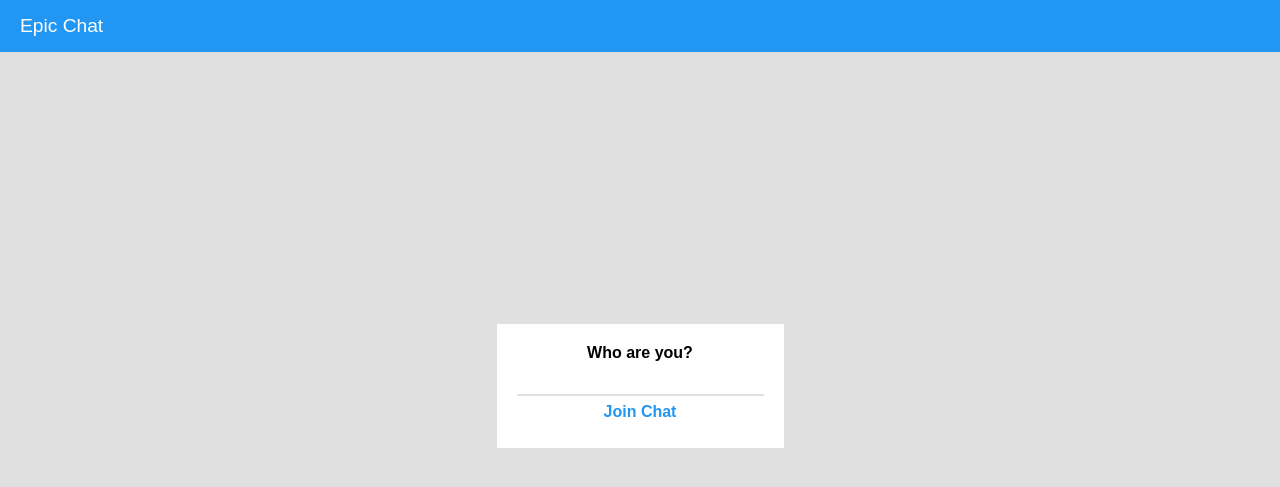
Repository: Saikrishna-jetti/chat
Page: /
An editor plug-in stored every save of this project. The page is shown before and after the next save, followed by the edit.
The browser window is 1280 px wide. The pictures show the whole page.
The page's requests for data from a server got no answer. The project was rebuilt for these pictures with package versions that can differ from the ones it lists, and the page was loaded fresh each time. No one was signed in, and anything a server would have sent is missing. Also part of the build but not shown: angular.json.

Above is the page before, as saved 2019-10-15 11:51:48.

### src/index.html
<!doctype html>
<html lang="en">
<head>
  <meta charset="utf-8">
  <title>EpicChat</title>
  <base href="/">
  <meta name="viewport" content="width=device-width, initial-scale=1">
  <link rel="icon" type="image/x-icon" href="favicon.ico">
</head>
<body>
  <app-root></app-root>
</body>
</html>

### src/styles.css
/* You can add global styles to this file, and also import other style files */
* {
    margin: 0;
    padding: 0;
  }
  body, html {
    width: 100%;
    height: 100%;
    font-family: Arial, Helvetica, sans-serif;
  }

### src/app/app.module.ts
import { BrowserModule } from '@angular/platform-browser';
import { NgModule } from '@angular/core';
import { AppRoutingModule } from './app-routing.module';
import { AppComponent } from './app.component';
import { FormsModule } from '@angular/forms';

@NgModule({
  declarations: [
    AppComponent
  ],
  imports: [
    BrowserModule,
    AppRoutingModule,
    FormsModule
  ],
  providers: [],
  bootstrap: [AppComponent]
})
export class AppModule { }

### src/app/app-routing.module.ts
import { NgModule } from '@angular/core';
import { Routes, RouterModule } from '@angular/router';
const routes: Routes = [];

@NgModule({
  imports: [RouterModule.forRoot(routes)],
  exports: [RouterModule]
})
export class AppRoutingModule { }

### src/app/app.component.ts
import { Component } from '@angular/core';
import { MessageService } from './message.service';

@Component({
  selector: 'app-root',
  templateUrl: './app.component.html',
  styleUrls: ['./app.component.css']
})
export class AppComponent {
  title = 'Epic Chat';
  message = '';
  chats = [];
  username;
  constructor(private messageService: MessageService) {
    this.messageService.getChats().subscribe((data) => {
      this.chats = data;
      window.setInterval(() => {
        const elem = document.getElementById('scrolldiv');
        elem.scrollTop = elem.scrollHeight;
      }, 500);
    });
  }
    addChat()  {
      if (this.message.length === 0) {
          return;
      }
      this.messageService.addChat(this.message);
      this.message = '';
    }

    addUser(user) {
      this.messageService.addUser(user);
      this.username = user;
    }

}

### src/app/app.component.html
<div class="container">
  <div class="topbar">{{title}}</div>
  <div *ngIf="!username" class="usernamebox">
    <div class="user">
        <p style="padding-bottom: 10px; font-weight: bold;">Who are you?</p>
        <form (submit)="addUser(user)">
            <input type="text" name="user" [(ngModel)]="user">
            <button type="submit">Join Chat</button>
        </form>
    </div>
  </div>
  <div *ngIf="username" class="chatarea">
    <div style="min-height: 0; overflow: scroll" id="scrolldiv">
    <div *ngFor="let chat of chats; let i = index" class="chat" [class.notify]="chat.type == 'notify'" [class.me]="chat.user == username">
      <p><span class="username">{{chat.user}}</span>{{chat.message}}</p>
    </div>
    </div>
  </div>
  <div  *ngIf="username" class="inputarea">
    <form (submit)="addChat()">
        <input class="textbox" name="message" [(ngModel)]="message" type="text" autofocus autocomplete="off">
        <button type="submit" class="sendbutton">Send</button>
    </form>
  </div>
</div>

### src/app/app.component.css
.container {
  height: 100%;
  display: flex;
  flex-direction: column;
}
.topbar {
  padding: 15px 20px;
  background-color: #2196F3;
  color: #fff;
  font-size: 1.2em;
}
.chatarea {
  flex-grow: 1;
  background-color: #e0e0e0;
  padding: 10px 20px;
  display: flex;
  flex-direction: column;
  justify-content: flex-end;
}
.chatarea .chat {
  margin: 4px 0;
  display: flex;
  justify-content: flex-start;
}
.chatarea .chat.me {
  justify-content: flex-end;
}
.chatarea .chat.notify {
  justify-content: center;
}
.chatarea .chat.me p {
  background-color: #fff;
}
.chatarea .chat p {
  background-color: #BBDEFB;
  display: inline;
  padding: 10px;
  border-radius: 5px;
  box-shadow: 1px 1px 4px rgba(0,0,0,0.3);
}
.chatarea .chat.notify p {
  background-color: transparent;
  box-shadow: none;
  font-size: 0.8em;
  font-weight: bold;
  color: grey;
}

.inputarea form {
  padding: 10px 0 10px 20px;
  display: flex;
  flex-direction: row;
  justify-content: center;
}
.inputarea .textbox {
  flex-grow: 1;
}
.inputarea .textbox, .usernamebox .user input {
  width: 100%;
  display: block;
  border: 0;
  font-size: 1.2em;
  border-bottom: 2px solid #e0e0e0;
}
.inputarea .textbox:focus, .usernamebox .user input:focus {
  outline: 0;
  border-color: #2196F3;
}
.inputarea .sendbutton, .usernamebox .user button {
  padding: 7px 10px;
  font-size: 1em;
  border: 0;
  background-color: transparent;
  color: #2196F3;
  font-weight: bold;
}
.inputarea .sendbutton:focus {
  outline: 0;
}
.usernamebox {
  flex: 1;
  display: flex;
  align-items: center;
  justify-content: center;
  background-color: #e0e0e0;
}
.usernamebox .user {
  display: flex;
  flex-direction: column;
  background-color: #fff;
  padding: 20px;
  align-items: center;
}
.usernamebox .user form {
  text-align: center;
}

### src/app/message.service.ts
import { Injectable } from '@angular/core';
import * as io from 'socket.io-client';
import { Subject } from 'rxjs';


@Injectable({
    providedIn : 'root'
})
export class MessageService {
    // tslint:disable-next-line:variable-name
    _chats = [];
    // tslint:disable-next-line:variable-name
    _chatssub;
    socket;
    constructor() {
        this._chatssub = new Subject<any[]>();
        this.socket = io.connect();
        this.socket.on('connect', () => {
            console.log('connected to the server');
        });
        this.socket.emit('new message', 'hey');
        this.socket.on('message recieved', (data) => {
            this._chats.push(data);
            this._chatssub.next([...this._chats]);
        });

        this.socket.on('all messages', (data) => {
            this._chats = [...data];
            this._chatssub.next([...this._chats]);
        });
    }
    addChat(message) {
        this.socket.emit('new message', message);
    }
    addUser(user) {
        this.socket.emit('new user', user);
    }
    getChats() {
        return this._chatssub.asObservable();
    }
}

Loaded but not shown: src/main.ts (common file); src/environments/environment.ts (common file)

After the next save:
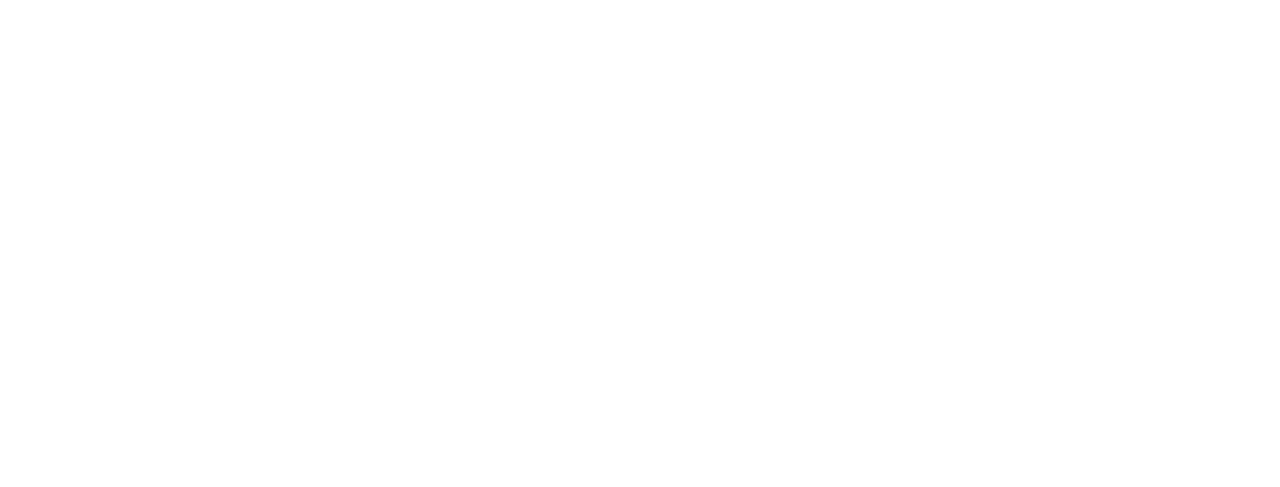
Saved 23 s later.
--- a/src/app/app.component.html
+++ b/src/app/app.component.html
@@ -3,8 +3,8 @@
   <div *ngIf="!username" class="usernamebox">
     <div class="user">
         <p style="padding-bottom: 10px; font-weight: bold;">Who are you?</p>
-        <form (submit)="addUser(user)">
-            <input type="text" name="user" [(ngModel)]="user">
+        <form (submit)='addUser(user)''>
+            <input type="text" name="user" [(ngModel)]='user'>
             <button type="submit">Join Chat</button>
         </form>
     </div>

After the save that followed:
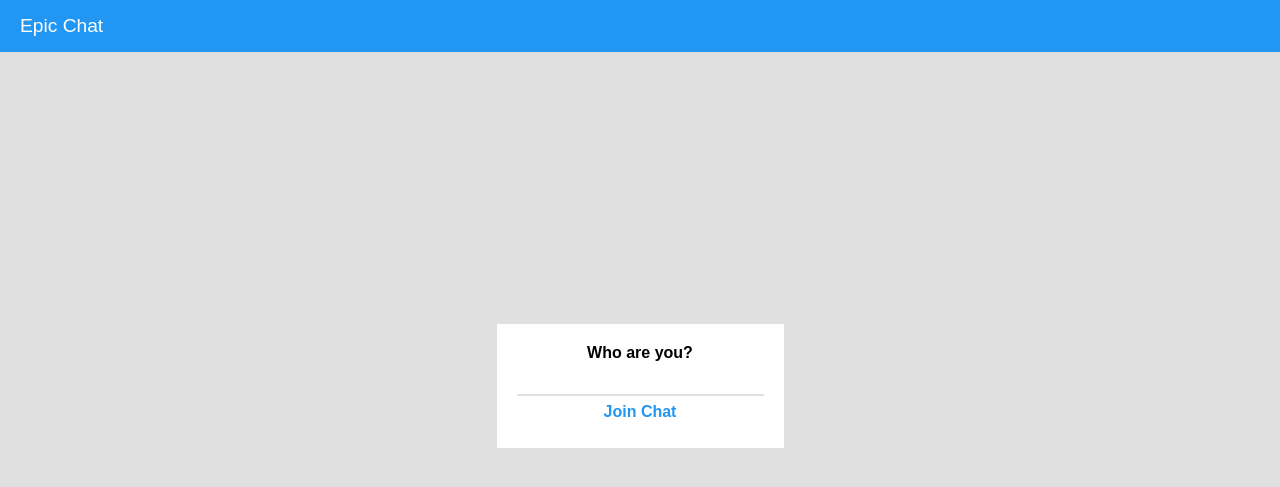
Saved 6 s later.
--- a/src/app/app.component.html
+++ b/src/app/app.component.html
@@ -3,7 +3,7 @@
   <div *ngIf="!username" class="usernamebox">
     <div class="user">
         <p style="padding-bottom: 10px; font-weight: bold;">Who are you?</p>
-        <form (submit)='addUser(user)''>
+        <form (submit)='addUser(user)'>
             <input type="text" name="user" [(ngModel)]='user'>
             <button type="submit">Join Chat</button>
         </form>
